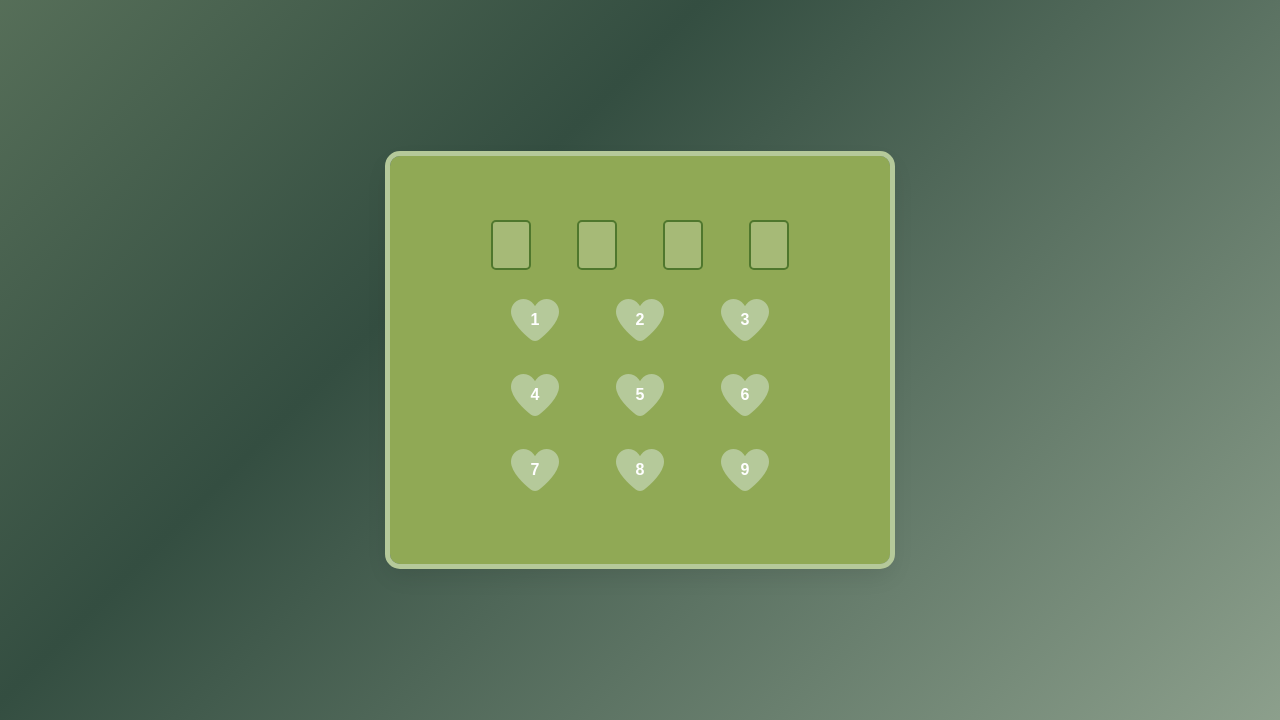
Repository: jahatesu/project-cutie
Page: index.html
The author's editor kept a copy of each file at every save. The page is drawn from the files as they stood at one save, then again after the next save.
The browser window is 1280 px wide. The pictures show the whole page.
Some web libraries are served in a nearby version.

Above is the page before, as saved 2025-08-14 23:16:42.
Console error: TypeError: Cannot read properties of null (reading 'getBoundingClientRect')

### index.html
<!DOCTYPE html>
<html lang="en">
<head>
    <meta charset="UTF-8"
    meta http-equiv="X-UA-Compatible" content="IE=edge">
    <meta name="viewport" content="width=device-width, initial-scale=1.0">
    <title>idk yet</title>
    <link rel="stylesheet" href="https://cdnjs.cloudflare.com/ajax/libs/font-awesome/7.0.0/css/all.min.css">
    <link rel="stylesheet" href="style.css">
</head>

<body>
    <div class="wrapper">
        <!-- <i class="fa-solid fa-heart"></i>
        <h2 class="question">Do you wanna see why I think you’re the cutest?</h2>
        <div class="btn-group">
            <button class="btn-yes">Yes</button>
            <button class="btn-no">No</button>
        </div> -->

        <!-- PIN DISPLAY -->
         <div class="pin-display">
            <div class="pin-box"></div>
            <div class="pin-box"></div>
            <div class="pin-box"></div>
            <div class="pin-box"></div>
         </div>

         <!-- HEART BUTTONS -->
         <div class="heart-pad">
            <button data-num="1"><i class="fa-solid fa-heart"></i><span>1</span></button>
            <button data-num="2"><i class="fa-solid fa-heart"></i><span>2</span></button>
            <button data-num="3"><i class="fa-solid fa-heart"></i><span>3</span></button>
            <button data-num="4"><i class="fa-solid fa-heart"></i><span>4</span></button>
            <button data-num="5"><i class="fa-solid fa-heart"></i><span>5</span></button>
            <button data-num="6"><i class="fa-solid fa-heart"></i><span>6</span></button>
            <button data-num="7"><i class="fa-solid fa-heart"></i><span>7</span></button>
            <button data-num="8"><i class="fa-solid fa-heart"></i><span>8</span></button>
            <button data-num="9"><i class="fa-solid fa-heart"></i><span>9</span></button>

        </div>
    </div>

    <script src="script.js"></script>


</body>
</html>

### style.css
:root{
    --bg1:#e9f5db;
    --bg2:#90a955;
    --accent:#b5c99a;
    --ink:#232323;
    --splash-duration: 2600ms;
  }

*{
    margin: 0;
    padding: 0;
    box-sizing: border-box;
}

html, body {
    display: flex;
    justify-content: center;
    align-items: center;
    min-height: 100vh;
  width: 100%;
  height:100%;
}

body {
    background: linear-gradient(-45deg, #e9f5db, #344e41, #b5c99a, #23d5ab);
    background-size: 400% 400%;
    animation: gradient 15s ease infinite;
}

@keyframes gradient {
    0% {
        background-position: 0% 50%;
    }
    50% {
        background-position: 100% 50%;
    }
    100% {
        background-position: 0% 50%;
    }
}
.wrapper{
    position: relative;
    width: 90%;
    padding: 5%;
    max-width: 500px;
    margin: 50px 50px;
    height: fit-content;
    /* max-height: 50%; */
    background: #90a955;
    border-radius: 10px;
    display: flex;
    justify-content: center;
    align-items: center;
    box-shadow: 0 10px 25px rgba(0,0,0,0.1);
    flex-direction: column;
    text-align: center;
    outline: 5px solid #b5c99a;
}

.pin-display{
  display: flex;
  justify-content: space-between;
  margin-bottom: 20px;
  width: 80%;
}

.pin-box{
  width: clamp(30px, 9vw, 40px);
  height: clamp(30px, 9vw, 50px);
  border: 2px solid #4f772d;
  border-radius: 5px;
  background: rgba(255,255,255,0.2);
}

.heart-pad {
  display: grid;
  grid-template-columns: repeat(3, 1fr);
  gap: 15px;
  width: 100%;
  max-width: 300px;
  justify-items: center;
  margin: 0 auto;
}

.heart-pad button {
  position: relative;
  width: 60px;
  height: 60px;
  background: none;        /* remove default button background */
  border: none;
  cursor: pointer;
  font-size: 1rem;
  color: white;
  display: flex;
  justify-content: center;
  align-items: center;
  outline: 4px solid transparent; /* outline for focus state */
  transition: outline-color 0.3s ease;
}


.heart-pad i {
  position: absolute;      /* behind the number */
  font-size: 3rem;         /* heart size */
  color: #b5c99a;          /* heart color */
  z-index: 0;
}

.heart-pad button span {
  position: relative;
  z-index: 1;              /* number above the heart */
  font-weight: bold;
}


/* .wrapper i {
  font-size: 50px;
  margin-bottom: 10px;
  color: #e9f5db;
}

i{
    font-size:7.5em;
    color: #e9f5db;
    border: 5px solid transparent;
}

h2{
    font-size: 2em;
    color: #e9f5db;
    margin: 15px 0;
}
@media (max-width: 600px) {
  .h2 {
    font-size: 1.2rem;
  }
}

.btn-group{
    width: 100%;
    height: 40px;
    display: flex;
    justify-content: center;
    margin-top: 15px;
}

button {
    position: absolute;
    width: 150px;
    height: inherit;
    font-size: 1.2em;
    color: #e9f5db;
    font-weight: 600;
    border-radius: 30px;
    border: 2px solid #4f772d;
    cursor: pointer;
    box-shadow: 0 5px 15px rgba(0,0,0,0.3);
}

button:nth-child(1){
    margin-left: -200px;
    background: #4f772d;
    color: #b5c99a;
}

button:nth-child(2){
    margin-right: -200px;
    color: #b5c99a;
}

@media (max-width: 400px) {
  .question {
    font-size: 5vw;
  }
  button {
    font-size: 4vw;
  }
} */

### script.js
const wrapper = document.querySelector(".wrapper");
const question = document.querySelector(".question");
const yesBtn = document.querySelector(".btn-yes");
const noBtn = document.querySelector(".btn-no");

const wrapperRect = wrapper.getBoundingClientRect();
const noBtnRect = noBtn.getBoundingClientRect();


yesBtn.addEventListener('click', () => {
    question.innerHTML = 'I knew it! Love you too <3 ';
})

noBtn.addEventListener('mouseover', () => {
    const i = Math.floor(Math.random() * (wrapperRect.width - noBtnRect.width));
    const j = Math.floor(Math.random() * (wrapperRect.height - noBtnRect.height));
    noBtn.style.left = i + "px";
    noBtn.style.top = j + "px";
})

After the next save:
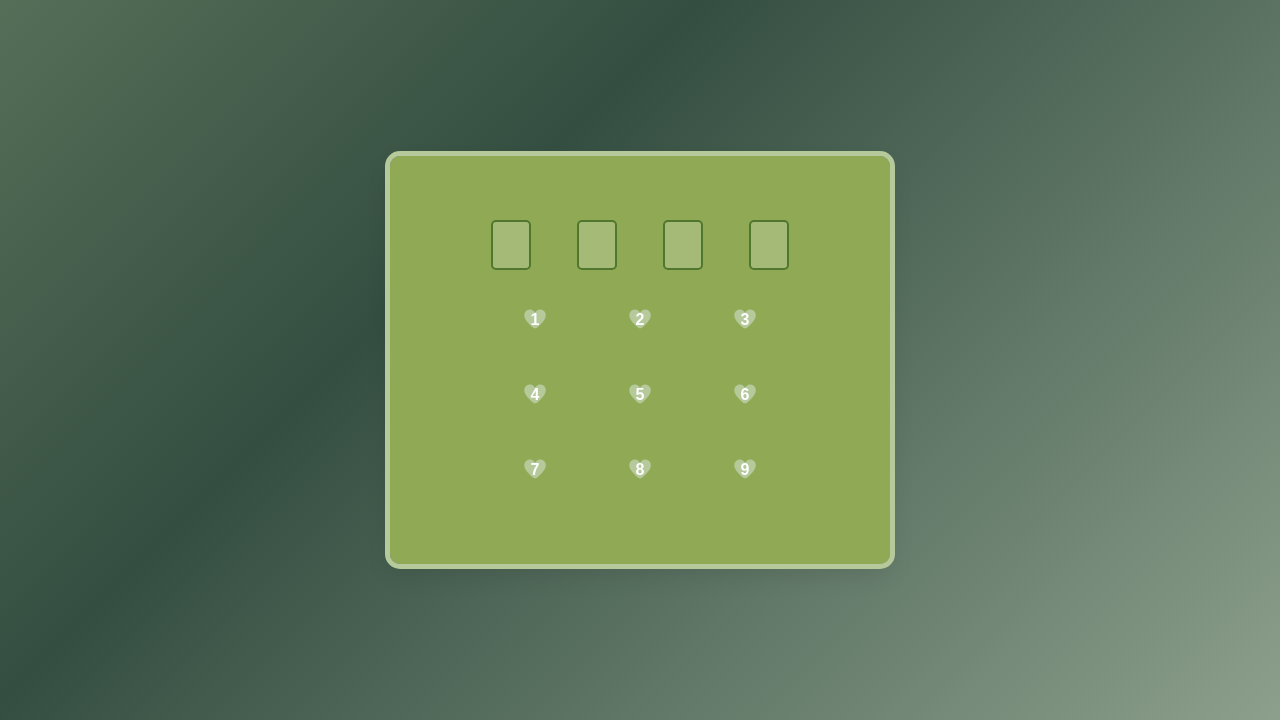
Saved 29 s later.
--- a/style.css
+++ b/style.css
@@ -101,7 +101,7 @@ body {
 
 .heart-pad i {
   position: absolute;      /* behind the number */
-  font-size: 3rem;         /* heart size */
+  font-size: 3vh;         /* heart size */
   color: #b5c99a;          /* heart color */
   z-index: 0;
 }
